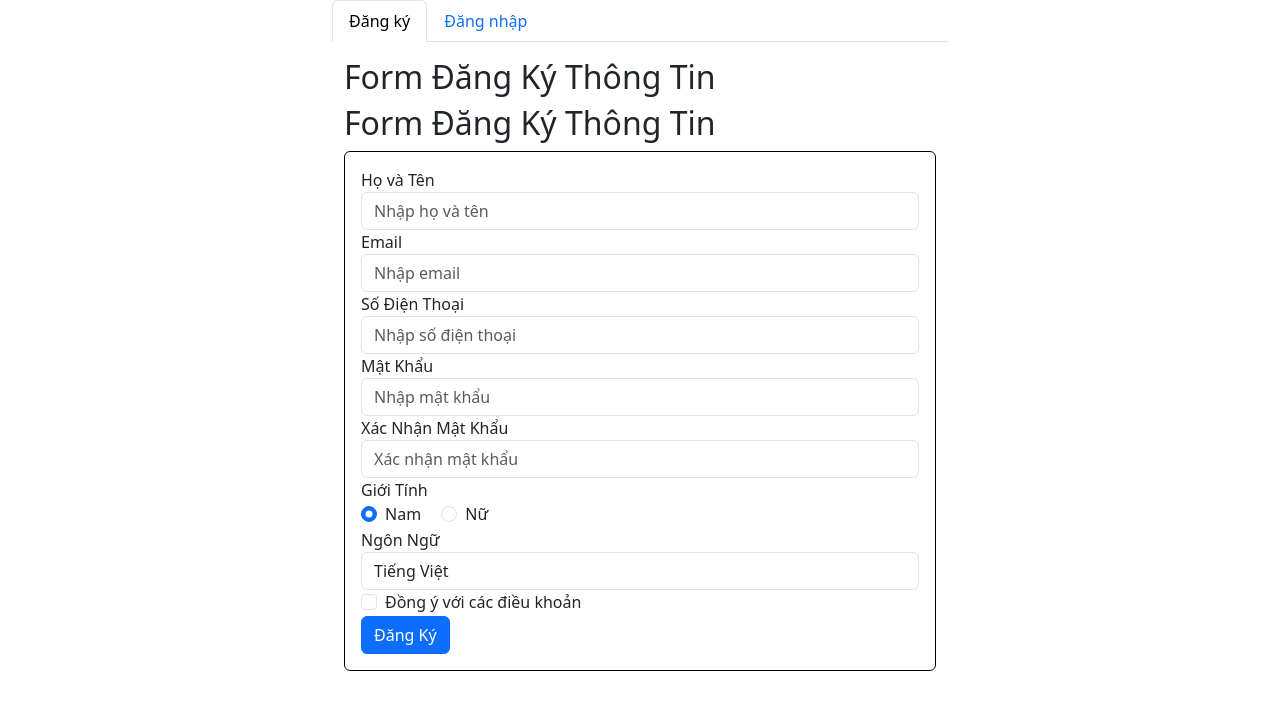
Repository: KizukoHeiwa/SOF308
Page: Lab2/bai3.html
These files come from the project's save history. The page is drawn as it stood at one moment and after the next save; the edit follows.
The browser window is 1280 px wide. The pictures show the whole page.

Above is the page before, as saved 2024-11-07 10:18:54.

After the next save:
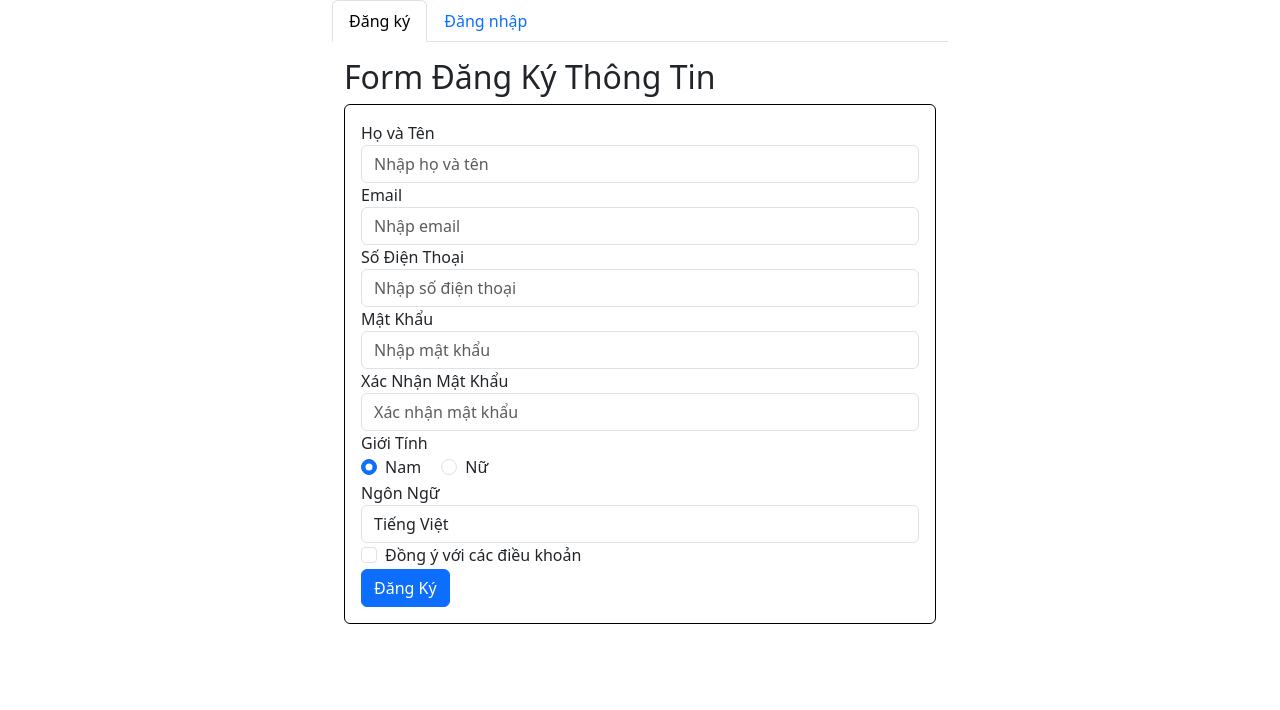
Saved 6 s later.
--- a/Lab2/bai3.html
+++ b/Lab2/bai3.html
@@ -19,7 +19,6 @@
         </ul>
         <div class="tab-content">
             <div id="register" class="container tab-pane active mt-3">
-                <h2>Form Đăng Ký Thông Tin</h2>
                 <h2>Form Đăng Ký Thông Tin</h2>
                 <form class="border border-black rounded p-3">
                     <div class="form-group">
